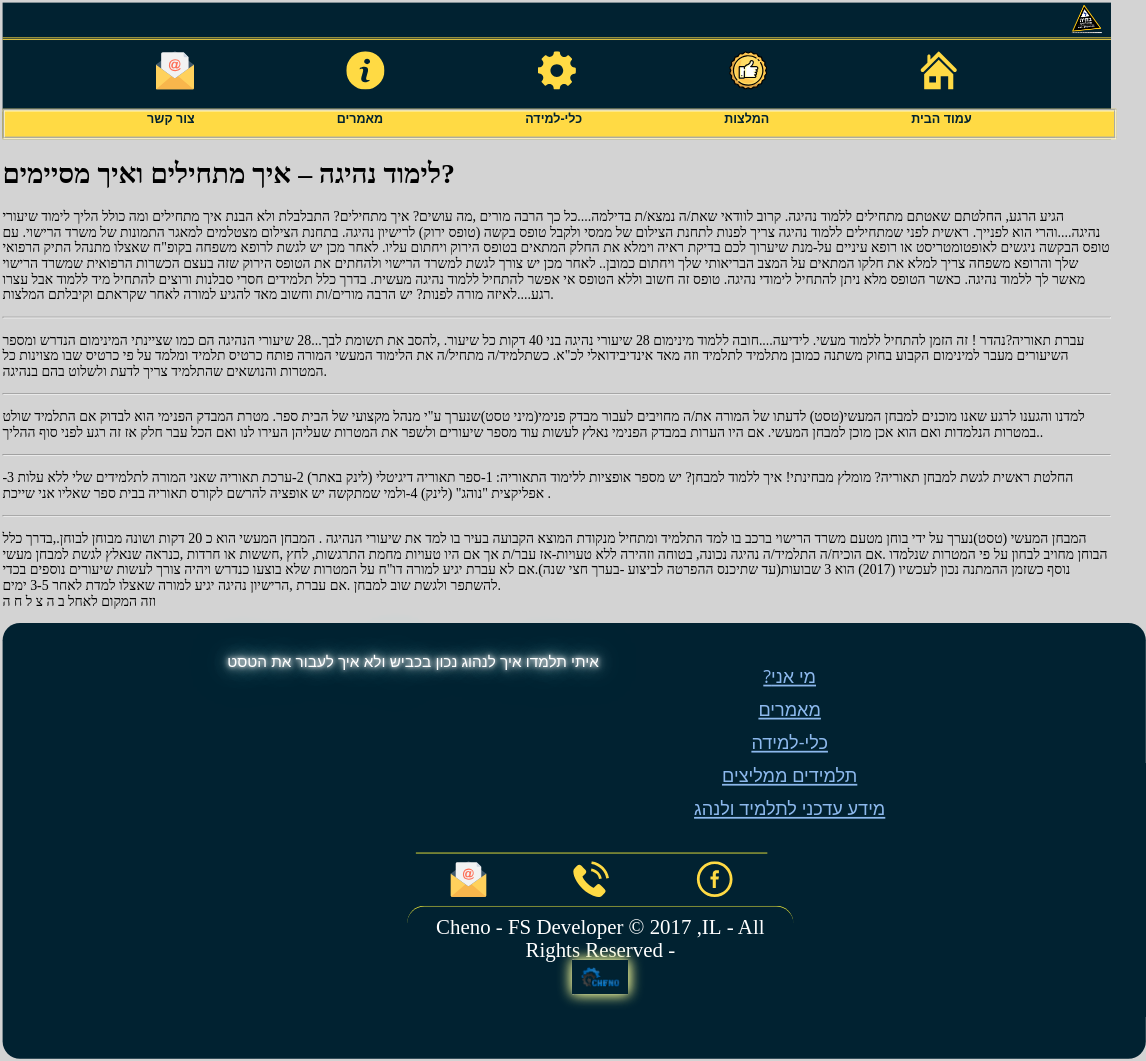
Repository: ChenGinsberg/BatyaLamed-site
Page: article/article.html
The author's editor kept a copy of each file at every save. The page is drawn from the files as they stood at one save, then again after the next save.
The browser window is 1280 px wide. The page is 1317 px wide, so the pictures cover 1317 px, including what lies to the right of the window. The pictures show the whole page, at 87% of full size.

Above is the page before, as saved 2017-11-26 12:20:10.

After the next save:
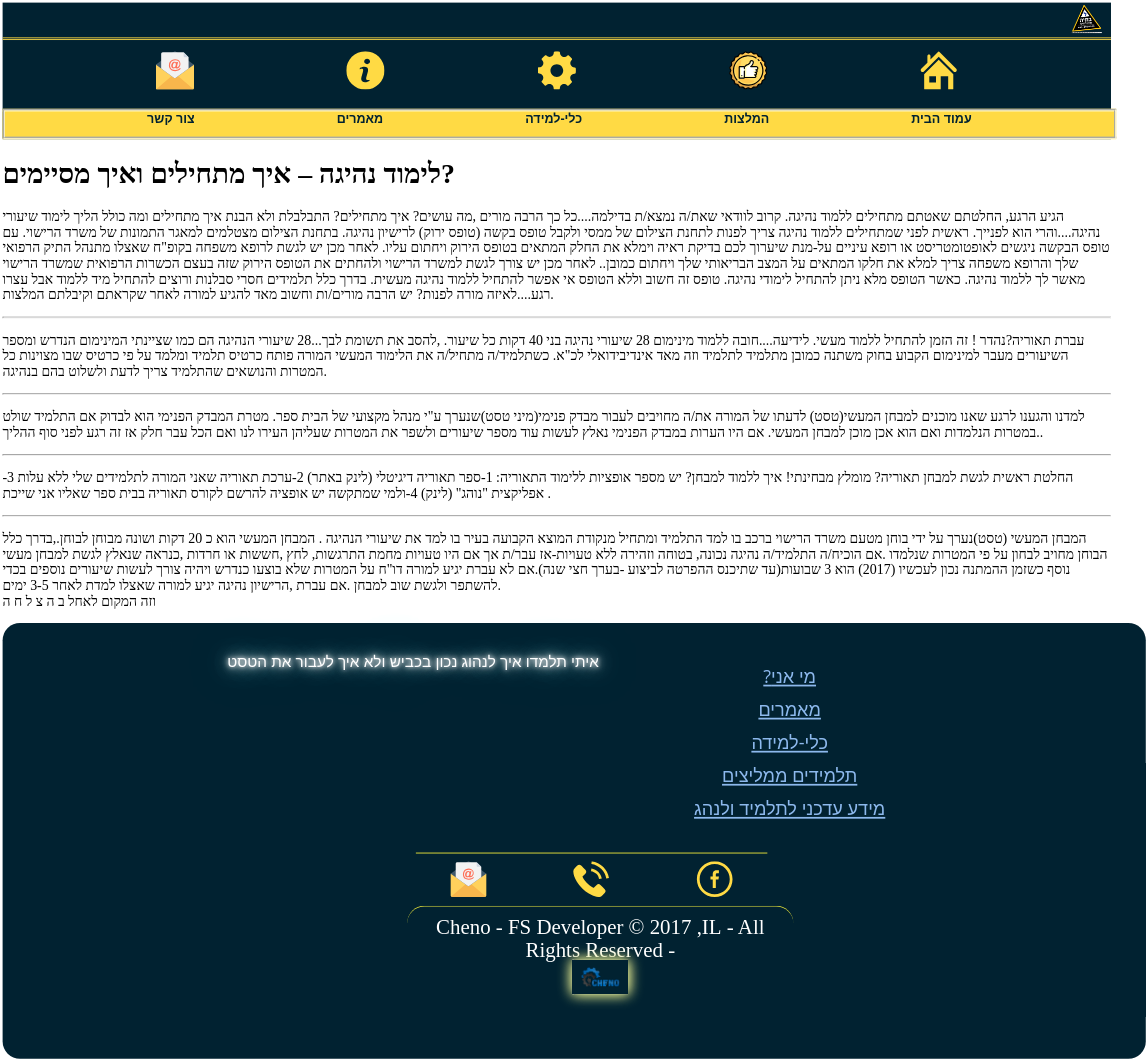
Saved 9 s later.
--- a/style/article.css
+++ b/style/article.css
@@ -1,5 +1,5 @@
 body {
-    background-color: lightgray;
+    background-color: radial-gradient(circle, darken(dodgerblue, 10%), #1f4f96, #1b2949, #000);
     margin: 2.8px;
 }
 

After the 2 saves that followed:
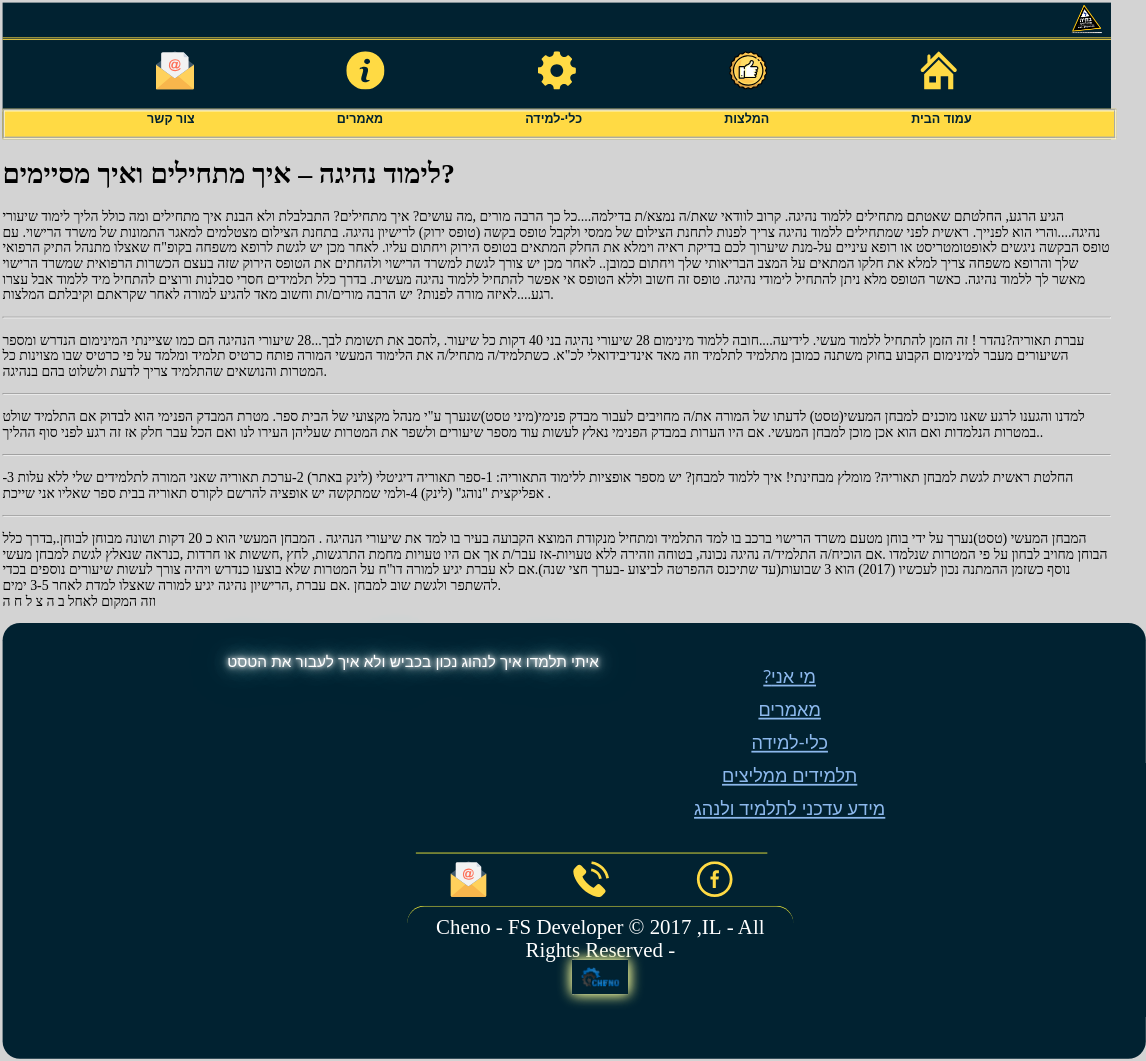
The 2 saves are shown as one change because 1 left the picture as it was.
The last was saved 9 s later.
--- a/style/article.css
+++ b/style/article.css
@@ -1,5 +1,5 @@
 body {
-    background-color: radial-gradient(circle, darken(dodgerblue, 10%), #1f4f96, #1b2949, #000);
+    background-color: lightgray;
     margin: 2.8px;
 }
 
